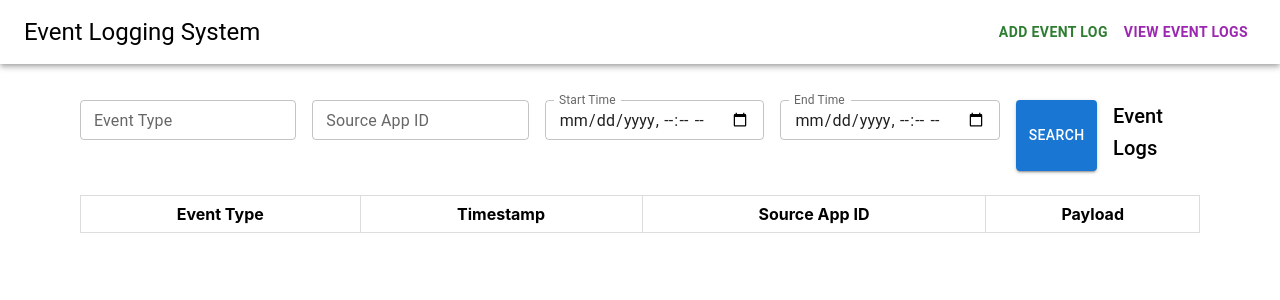
Repository: sayan0fficial/ErrorLogSys
Page: /viewlogs (app in frontend/)
An editor plug-in stored every save of this project. The page is shown before and after a run of saves, followed by the edit.
The browser window is 1280 px wide. The pictures show the whole page.
The page's requests for data from a server got no answer. The project was rebuilt for these pictures with package versions that can differ from the ones it lists, and the page was loaded fresh each time. No one was signed in, and anything a server would have sent is missing. Also part of the build but not shown: frontend/src/components/eventLogForm.js.

Above is the page before, as saved 2024-11-25 05:56:38.

After the next 2 saves:
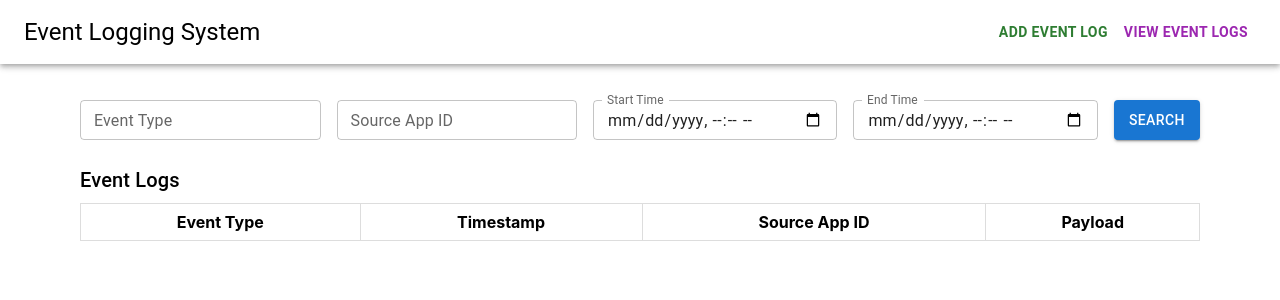
The 2 saves are shown as one change because they came seconds apart.
The last was saved 8 s later.
--- a/frontend/src/components/eventLogList.js
+++ b/frontend/src/components/eventLogList.js
@@ -81,10 +81,10 @@ const EventLogList = () => {
         <Button variant="contained" color="primary" onClick={fetchEventLogs}>
           Search
         </Button>
-        <Typography variant="h6" gutterBottom>
-          Event Logs
-        </Typography>
       </Box>
+      <Typography variant="h6" gutterBottom>
+        Event Logs
+      </Typography>
 
       {/* Basic Table */}
       <Box sx={{ height: 'auto' }}>
